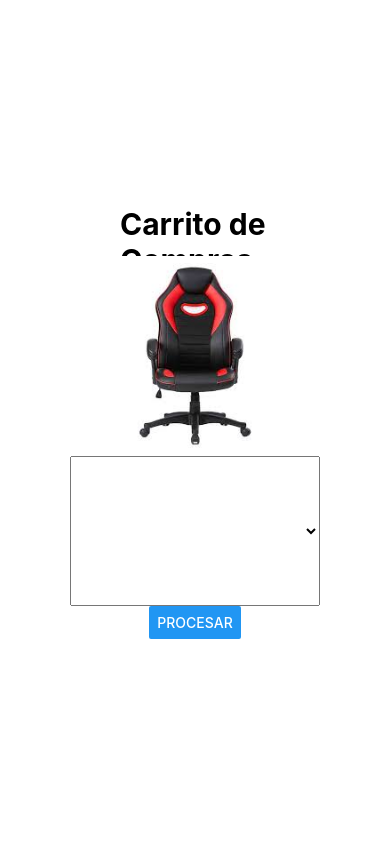
Repository: oscaredu1998/compras
Screen: / (app in frontend/)
The author's editor kept a copy of each file at every save. The screen is drawn from the files as they stood at one save, then again after the next save.
The app was drawn by React Native's web renderer in a window 390 px wide. The project was rebuilt for these pictures with package versions that can differ from the ones it lists, and the page was loaded fresh each time.

Above is the screen before, as saved 2020-02-21 18:18:32.

### frontend/App.js
import React, { Component } from 'react';
import { Picker, View, Image, StyleSheet, Button, Text, Alert } from 'react-native';
import axios from 'axios';

const URL = "http://192.168.0.104:5000/api/";

export default class App extends Component {
  state = {
    response: ''
  }

  handleSelect = text => {
    this.setState({ response: text });
  };

  getData = () => {
    axios.get(URL+this.state.response)
    .then(response => {
      Alert.alert("Usted ha selecionado: " + JSON.stringify(response.data.empresa),
      ("Tiempo estimado de: " + JSON.stringify(response.data.tiempo) + " para su entrega"))
      // this.setState({ serverRes: response.data.datos })
    })
    .catch(error => {
      console.log(error)
    })
  }

  render() {
    return (
      <View style={styles.container}>
        <Text style={{width: 150, height: 50, fontSize: 30, fontWeight: 'bold'}}>Carrito de Compras</Text>
        <Image
            style={{width: 200, height: 200}}
            source={require('./assets/images.jpg')}
          />
        <Picker style={{ height: 150, width: 250 }} onValueChange={this.handleSelect}>
          <Picker.Item label="" value="" />
          <Picker.Item label="Fedex" value="fedex" />
          <Picker.Item label="Correo del Ecuador" value="correos-ecuador" />
          <Picker.Item label="Servientrega" value="servientrega" />
        </Picker>
        <Button
          title="Procesar"
          onPress = {() => {this.getData()}}
          // onPress={() => alert(JSON.stringify(this.state.response))}
        />
      </View>
    )
  }
}


const styles = StyleSheet.create({
  container: {
    flex: 1,
    backgroundColor: '#fff',
    alignItems: 'center',
    justifyContent: 'center',
  },
});

After the next save:
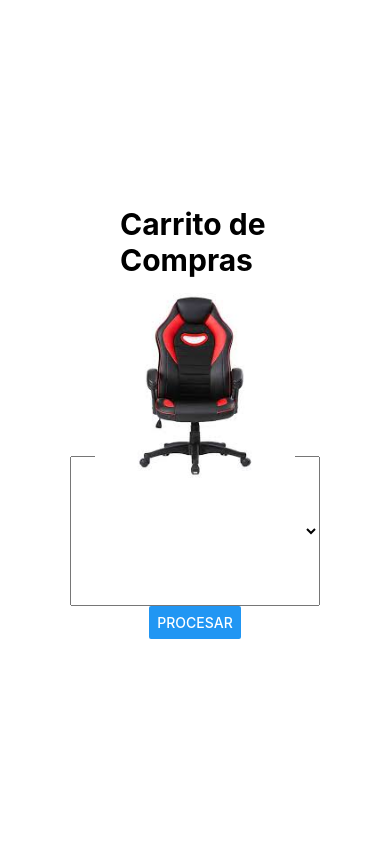
Saved 19 s later.
--- a/frontend/App.js
+++ b/frontend/App.js
@@ -30,7 +30,7 @@ export default class App extends Component {
       <View style={styles.container}>
         <Text style={{width: 150, height: 50, fontSize: 30, fontWeight: 'bold'}}>Carrito de Compras</Text>
         <Image
-            style={{width: 200, height: 200}}
+            style={{width: 200, height: 200, top: 30}}
             source={require('./assets/images.jpg')}
           />
         <Picker style={{ height: 150, width: 250 }} onValueChange={this.handleSelect}>
